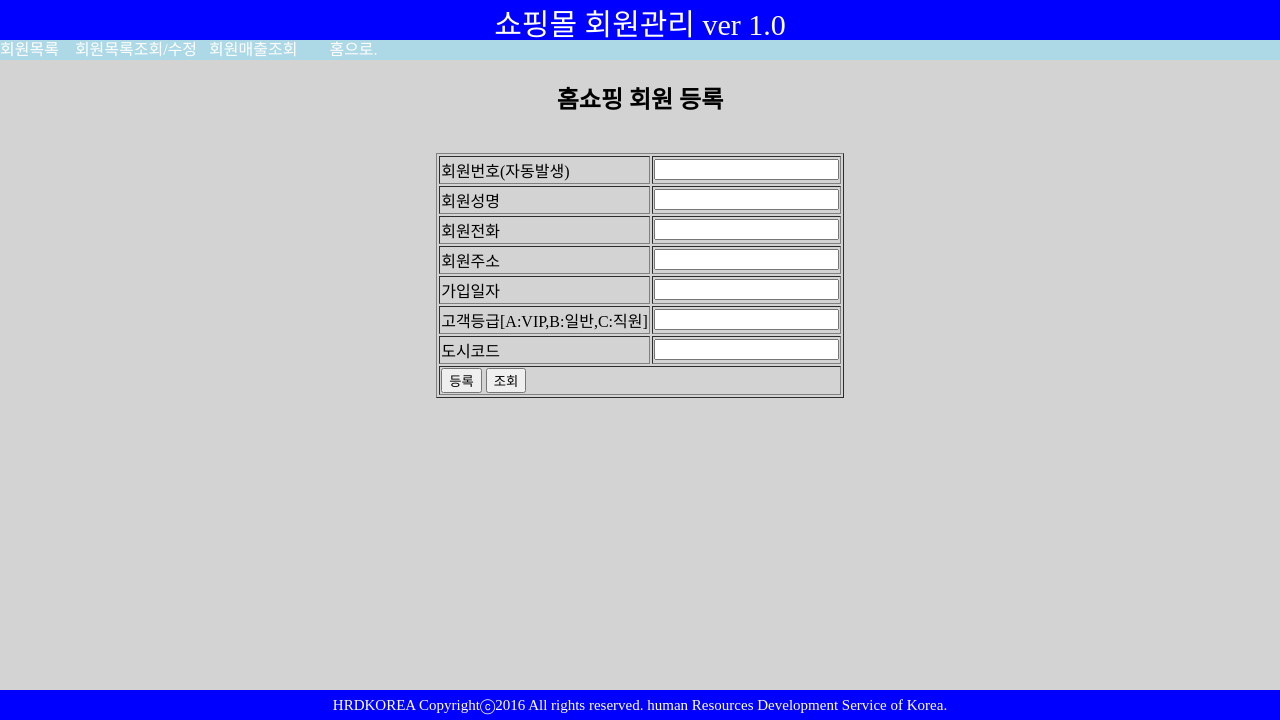
Repository: RnfElwl/youtube_infoT
Page: http://localhost/HRD_30812/join.jsp
The author's editor kept a copy of each file at every save. The page is drawn from the files as they stood at one save, then again after the next save.
The browser window is 1280 px wide. The pictures show the whole page.
The page is served by Tomcat 9.

Above is the page before, as saved 2022-03-12 17:15:10.

After the next save:
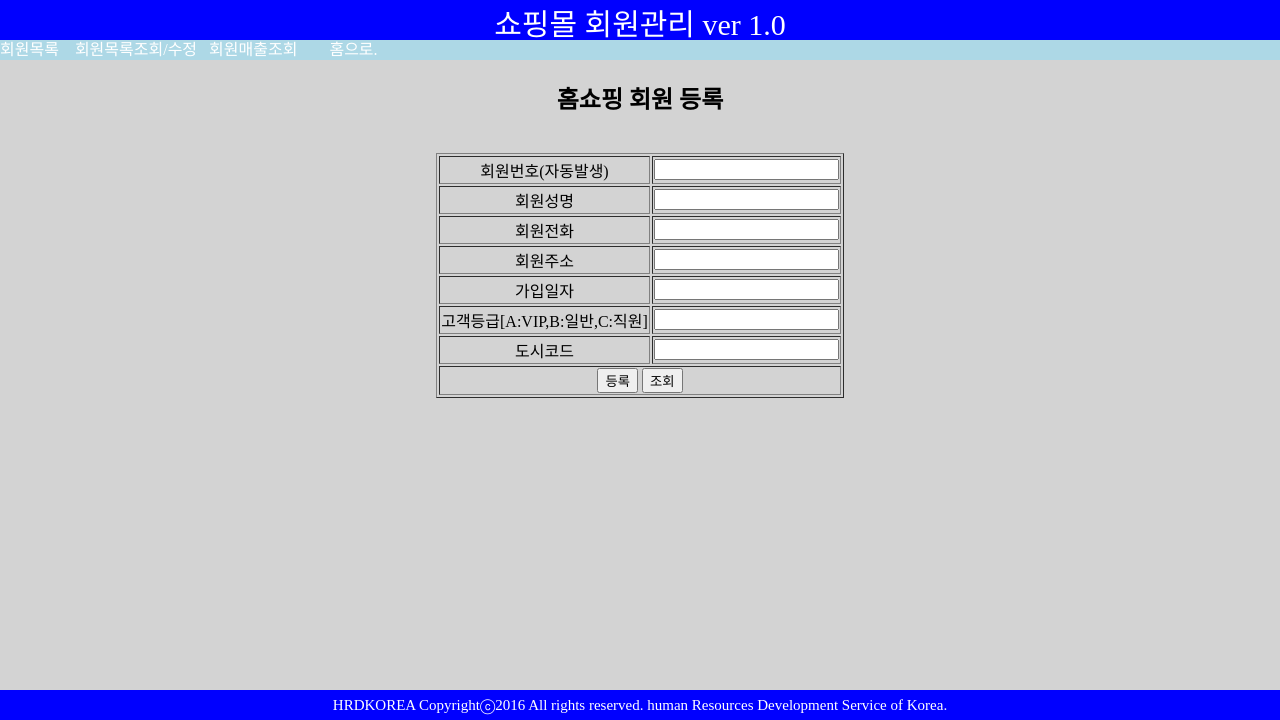
Saved 24 s later.
--- a/HRD_30812/src/main/webapp/join.jsp
+++ b/HRD_30812/src/main/webapp/join.jsp
@@ -11,7 +11,7 @@
 	<section style="position:fixed; top:60px; width:100%; height:100%; background-color:lightgray ">
 	 <h2 style="text-align:center">홈쇼핑 회원 등록</h2><br>
 	 <form name="frm" style="display:flex; justify-content: center; align-items: center ">
-	 <table border="1"; text-align:center >
+	 <table border="1"; style="text-align:center" >
 	 <tr>
 	 	<td>회원번호(자동발생)</td>
 	 	<td><input type="text" name="custnum" readonly></td>
